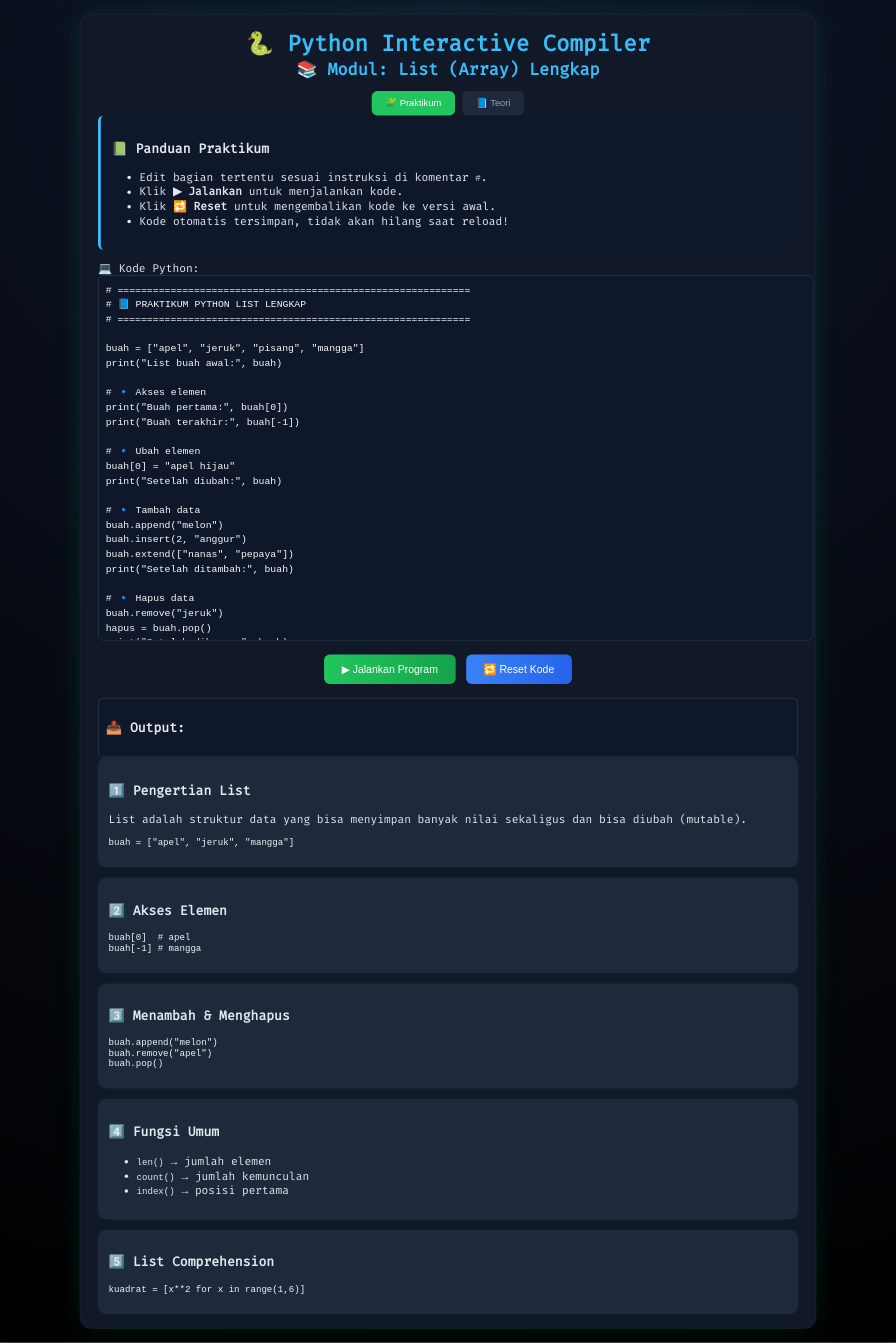
Repository: smkmutipugademak/Array
Page: index.html
The author's editor kept a copy of each file at every save. The page is drawn from the files as they stood at one save, then again after the next save.
The browser window is 1280 px wide. The pictures show the part of the page from y = 0 to 1920 px (the page is 1918 px tall before and 4098 px after), at 70% of full size.
An inner scrolling area shows only its first screen.

Above is the page before, as saved 2025-11-11 05:07:07.

After the next save:
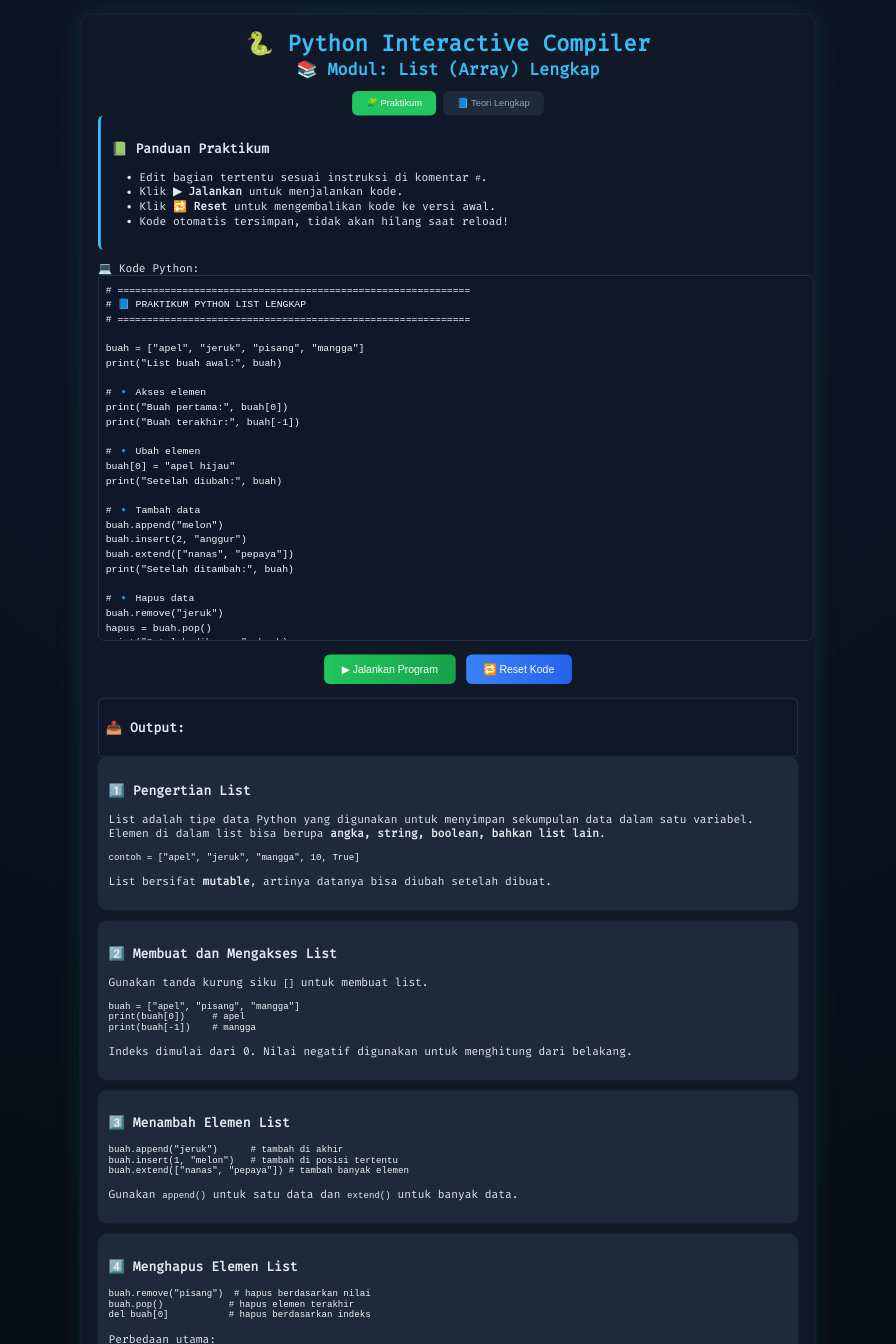
Saved 2 min 26 s later.
--- a/index.html
+++ b/index.html
@@ -16,7 +16,7 @@
 
         <div class="tabs">
             <button class="tab-button active" data-tab="praktikum">🧩 Praktikum</button>
-            <button class="tab-button" data-tab="teori">📘 Teori</button>
+            <button class="tab-button" data-tab="teori">📘 Teori Lengkap</button>
         </div>
 
         <!-- ===================== TAB PRAKTIKUM ===================== -->
@@ -47,41 +47,134 @@
             </div>
         </div>
 
-        <!-- ===================== TAB TEORI ===================== -->
+        <!-- ===================== TAB TEORI LENGKAP ===================== -->
         <div id="teori" class="tab-content">
             <div class="theory-section">
                 <div class="card">
                     <h3>1️⃣ Pengertian List</h3>
-                    <p>List adalah struktur data yang bisa menyimpan banyak nilai sekaligus dan bisa diubah (mutable).
-                    </p>
-                    <pre><code>buah = ["apel", "jeruk", "mangga"]</code></pre>
+                    <p>List adalah tipe data Python yang digunakan untuk menyimpan sekumpulan data dalam satu variabel.
+                        Elemen di dalam list bisa berupa <b>angka, string, boolean, bahkan list lain</b>.</p>
+                    <pre><code>contoh = ["apel", "jeruk", "mangga", 10, True]</code></pre>
+                    <p>List bersifat <b>mutable</b>, artinya datanya bisa diubah setelah dibuat.</p>
                 </div>
 
                 <div class="card">
-                    <h3>2️⃣ Akses Elemen</h3>
-                    <pre><code>buah[0]  # apel
-buah[-1] # mangga</code></pre>
+                    <h3>2️⃣ Membuat dan Mengakses List</h3>
+                    <p>Gunakan tanda kurung siku <code>[]</code> untuk membuat list.</p>
+                    <pre><code>buah = ["apel", "pisang", "mangga"]
+print(buah[0])     # apel
+print(buah[-1])    # mangga</code></pre>
+                    <p>Indeks dimulai dari 0. Nilai negatif digunakan untuk menghitung dari belakang.</p>
                 </div>
 
                 <div class="card">
-                    <h3>3️⃣ Menambah & Menghapus</h3>
-                    <pre><code>buah.append("melon")
-buah.remove("apel")
-buah.pop()</code></pre>
+                    <h3>3️⃣ Menambah Elemen List</h3>
+                    <pre><code>buah.append("jeruk")      # tambah di akhir
+buah.insert(1, "melon")   # tambah di posisi tertentu
+buah.extend(["nanas", "pepaya"]) # tambah banyak elemen</code></pre>
+                    <p>Gunakan <code>append()</code> untuk satu data dan <code>extend()</code> untuk banyak data.</p>
                 </div>
 
                 <div class="card">
-                    <h3>4️⃣ Fungsi Umum</h3>
+                    <h3>4️⃣ Menghapus Elemen List</h3>
+                    <pre><code>buah.remove("pisang")  # hapus berdasarkan nilai
+buah.pop()            # hapus elemen terakhir
+del buah[0]           # hapus berdasarkan indeks</code></pre>
+                    <p>Perbedaan utama:
                     <ul>
-                        <li><code>len()</code> → jumlah elemen</li>
-                        <li><code>count()</code> → jumlah kemunculan</li>
-                        <li><code>index()</code> → posisi pertama</li>
+                        <li><code>remove()</code> menghapus berdasarkan isi.</li>
+                        <li><code>pop()</code> menghapus dan mengembalikan elemen terakhir.</li>
+                        <li><code>del</code> bisa digunakan untuk menghapus berdasarkan posisi.</li>
+                    </ul>
+                    </p>
+                </div>
+
+                <div class="card">
+                    <h3>5️⃣ Mengubah Elemen</h3>
+                    <pre><code>buah[0] = "apel hijau"
+buah[1:3] = ["melon", "nanas"]</code></pre>
+                    <p>Kamu bisa mengubah satu atau beberapa elemen sekaligus menggunakan slicing.</p>
+                </div>
+
+                <div class="card">
+                    <h3>6️⃣ Operasi Dasar List</h3>
+                    <pre><code>angka = [1, 2, 3]
+print(len(angka))        # 3
+print(angka + [4, 5])    # gabung list
+print(angka * 2)         # duplikasi
+print(2 in angka)        # cek keanggotaan</code></pre>
+                </div>
+
+                <div class="card">
+                    <h3>7️⃣ Fungsi Bawaan List</h3>
+                    <pre><code>angka = [2, 4, 4, 5, 10]
+print(angka.count(4))   # menghitung jumlah 4
+print(angka.index(5))   # posisi angka 5
+angka.sort()            # urut naik
+angka.reverse()         # urut turun
+print(angka)</code></pre>
+                </div>
+
+                <div class="card">
+                    <h3>8️⃣ Slicing List</h3>
+                    <pre><code>buah = ["apel", "pisang", "jeruk", "mangga", "melon"]
+print(buah[1:4])   # ['pisang', 'jeruk', 'mangga']
+print(buah[:3])    # ['apel', 'pisang', 'jeruk']
+print(buah[::-1])  # urutan dibalik</code></pre>
+                </div>
+
+                <div class="card">
+                    <h3>9️⃣ Nested List (List di dalam List)</h3>
+                    <pre><code>kelas = [["Ani", 80], ["Budi", 90], ["Citra", 85]]
+print(kelas[1][0])  # Budi
+print(kelas[1][1])  # 90</code></pre>
+                    <p>Nested list sering digunakan untuk menyimpan data tabel atau pasangan nilai (nama dan skor).</p>
+                </div>
+
+                <div class="card">
+                    <h3>🔟 Looping pada List</h3>
+                    <pre><code>for buah in ["apel", "pisang", "jeruk"]:
+    print(buah)</code></pre>
+                    <p>Bisa juga menggunakan <code>enumerate()</code> untuk mendapatkan indeks dan nilai:</p>
+                    <pre><code>buah = ["apel", "jeruk", "pisang"]
+for i, item in enumerate(buah):
+    print(i, item)</code></pre>
+                </div>
+
+                <div class="card">
+                    <h3>1️⃣1️⃣ List Comprehension</h3>
+                    <p>Cara singkat membuat list dari iterasi.</p>
+                    <pre><code>angka = [x for x in range(5)]
+kuadrat = [x**2 for x in range(1,6)]
+print(angka)
+print(kuadrat)</code></pre>
+                </div>
+
+                <div class="card">
+                    <h3>1️⃣2️⃣ Fungsi Copy, Clear, dan Lainnya</h3>
+                    <pre><code>data = [1, 2, 3]
+salinan = data.copy()
+salinan.append(4)
+print("Asli:", data)
+print("Salinan:", salinan)
+
+data.clear()
+print("Setelah clear:", data)</code></pre>
+                </div>
+
+                <div class="card">
+                    <h3>📖 Rangkuman</h3>
+                    <ul>
+                        <li>List menyimpan banyak data dalam satu variabel.</li>
+                        <li>List bersifat <b>mutable</b> (bisa diubah).</li>
+                        <li>Dapat ditambah, dihapus, digabung, dan diulang.</li>
+                        <li>Mendukung operasi matematika dan logika sederhana.</li>
+                        <li>Sangat penting untuk memahami manipulasi data di Python.</li>
                     </ul>
                 </div>
 
-                <div class="card">
-                    <h3>5️⃣ List Comprehension</h3>
-                    <pre><code>kuadrat = [x**2 for x in range(1,6)]</code></pre>
+                <div class="card" style="text-align:center; color:#22c55e;">
+                    <h3>🎉 Selesai! Kamu sudah memahami semua konsep List Python 🎉</h3>
                 </div>
             </div>
         </div>
